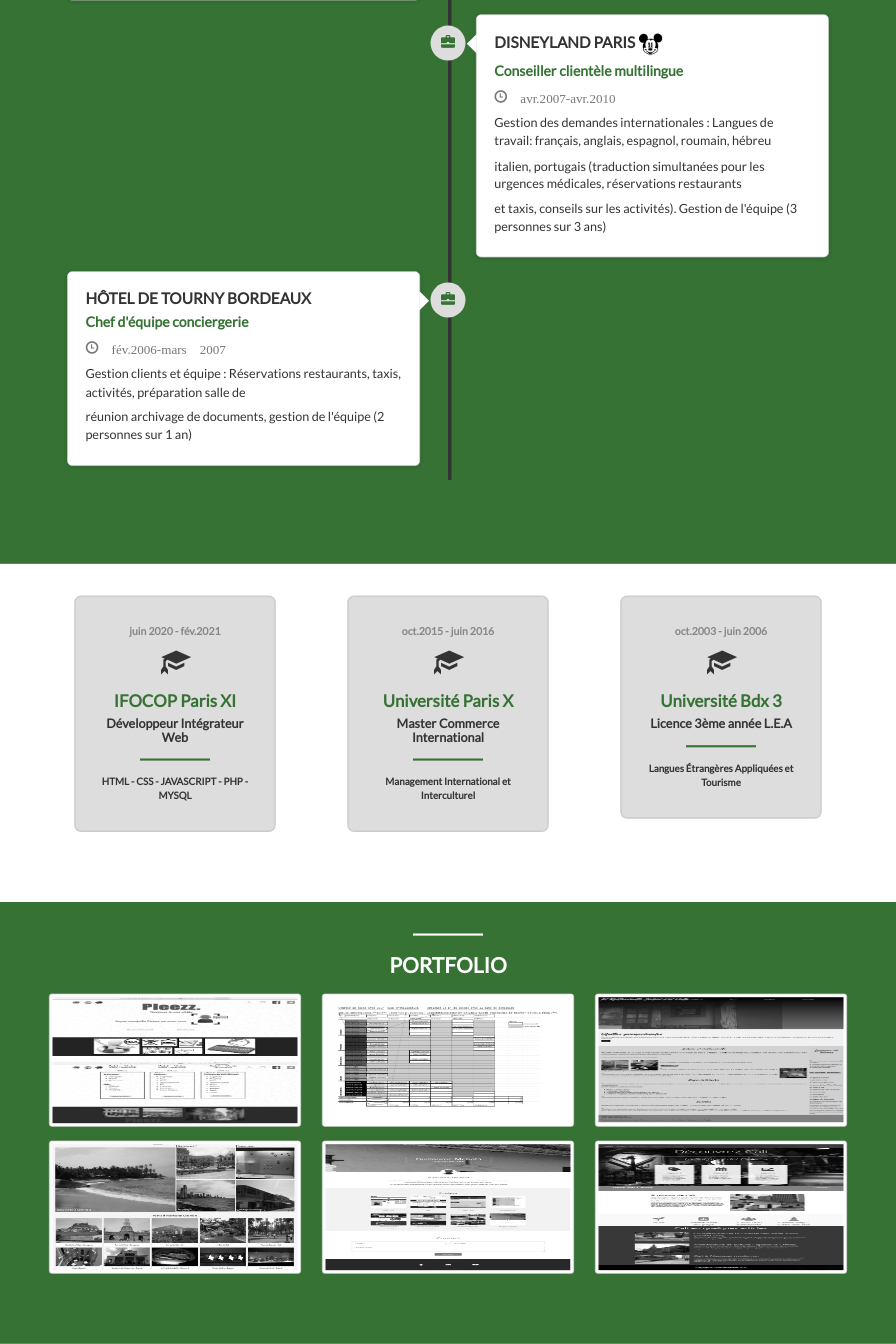
Repository: 0Memo/mon-cv
Page: index.html
An editor plug-in stored every save of this project. The page is shown before and after the next save, followed by the edit.
The browser window is 1280 px wide. The pictures show the part of the page from y = 2741 to 4661 px (the page is 4661 px tall), at 70% of full size.

Above is the page before, as saved 2020-12-29 15:03:56.

After the next save:
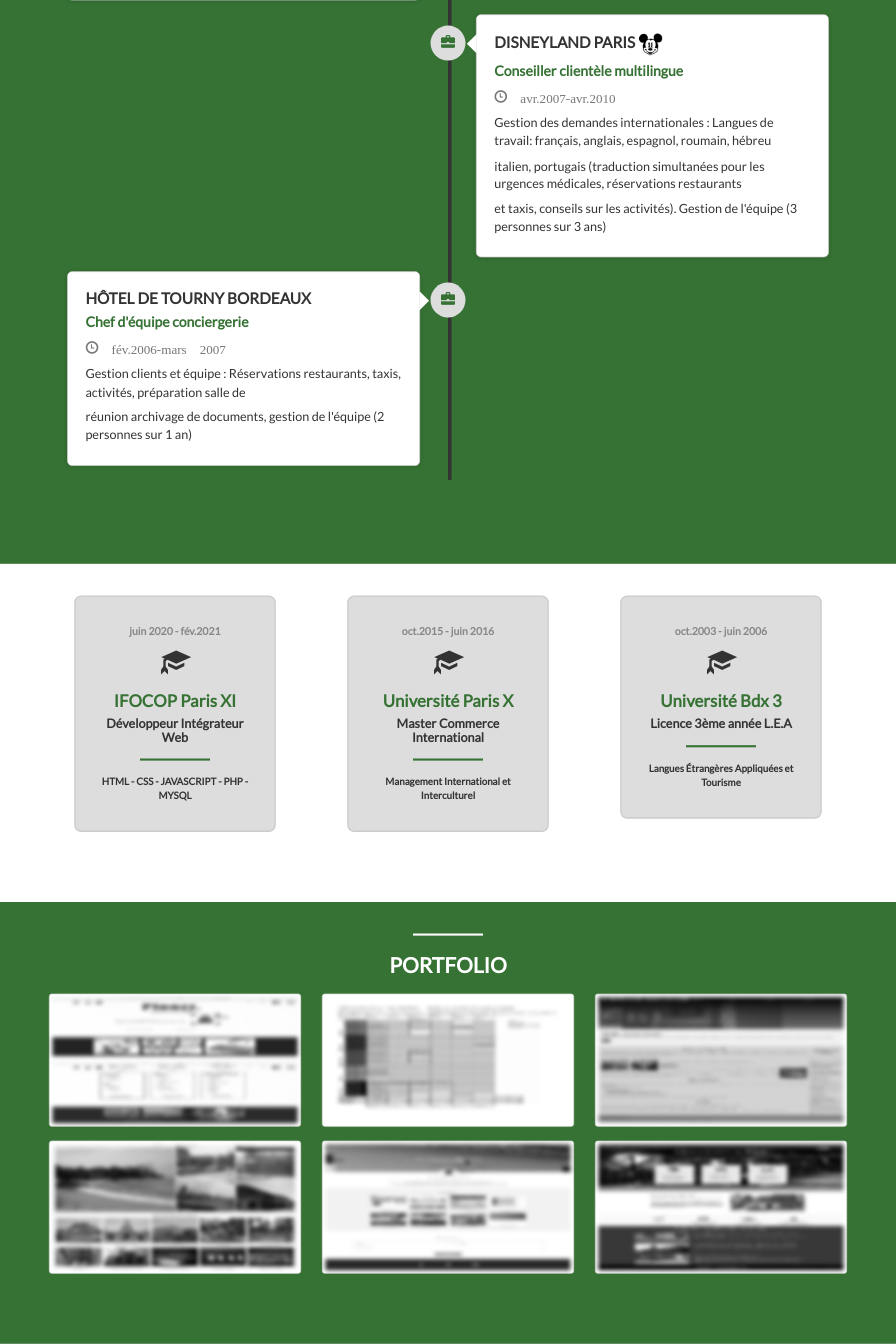
Saved 11 s later.
--- a/css/styles.css
+++ b/css/styles.css
@@ -309,6 +309,5 @@
 }
 
 #portfolio .container .row .col-sm-4 img:not(:hover) {
-    filter: blur(3px) !important;
-    filter: grayscale(1) !important;
-}
+    filter: blur(3px) grayscale(1) !important;
+}
